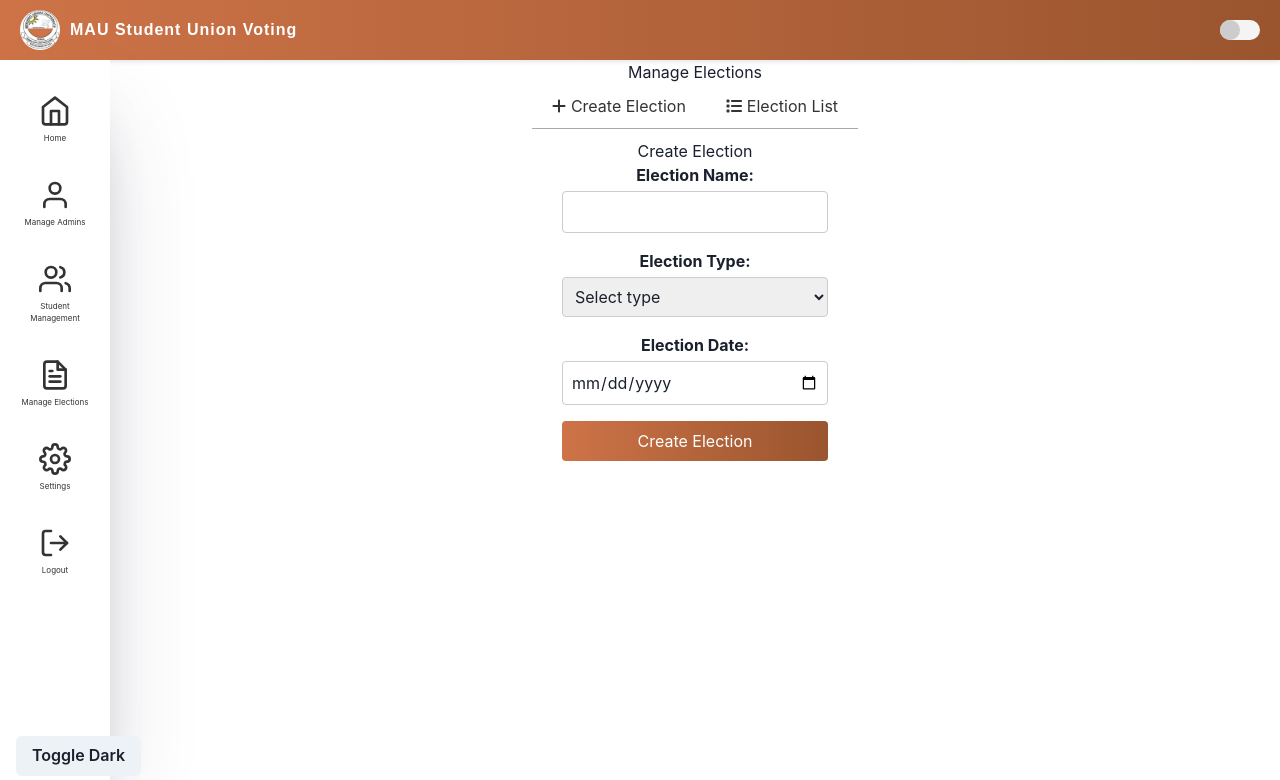
Repository: joena1o/e-vote
Page: /admin-dashboard/manage-elections
An editor plug-in stored every save of this project. The page is shown before and after the next save, followed by the edit.
The browser window is 1280 px wide. The pictures show the whole page.
The project was rebuilt for these pictures with package versions that can differ from the ones it lists, and the page was loaded fresh each time. Also part of the build but not shown: src/components/EnhancedLogin.js, src/components/maincontent/RegisterStudents/ManageStudents.js, src/components/maincontent/RegisterStudents/RegisterStudents.js, src/components/maincontent/RegisterStudents/StudentManagement.js, src/components/maincontent/ElectionResults/ViewResults.js, src/components/maincontent/Settings/Settings.js, src/api/index.js, src/components/maincontent/home/Home.styles.js and 5 more.

Above is the page before, as saved 2023-10-18 12:08:56.

### src/App.js
import React from 'react';
import { BrowserRouter as Router, Routes, Route, Navigate } from 'react-router-dom';
import EnhancedLogin from './components/EnhancedLogin';
import AdminDashboard from './components/AdminDashboard';
import { ChakraProvider, ColorModeProvider, Button, useColorMode } from '@chakra-ui/react';
import { Provider } from 'react-redux';
import store from './Redux/store';

// Component to toggle dark mode
function DarkModeToggle() {
  const { colorMode, toggleColorMode } = useColorMode();
  return (
    <Button onClick={toggleColorMode} position="fixed" m={4} zIndex={10}>
      Toggle {colorMode === 'light' ? 'Dark' : 'Light'}
    </Button>
  );
}

function App() {
  // Check if the current route is not the "/login" route, then render the DarkModeToggle
  const isLoginPage = window.location.pathname === '/login';

  return (
    <Provider store={store}>
      <ChakraProvider>
        <ColorModeProvider options={{ useSystemColorMode: true }}>
          <Router>
            <Routes>
              {/* Define your routes */}
              <Route path="/login" element={<EnhancedLogin />} />
              <Route path="/admin-dashboard/*" element={<AdminDashboard />} />
              {/* Redirect root to /admin-dashboard */}
              <Route path="/" element={<Navigate to="/admin-dashboard" replace />} />
            </Routes>
          </Router>
          {/* Render DarkModeToggle only if not on the "/login" page */}
          {!isLoginPage && <DarkModeToggle />}
        </ColorModeProvider>
      </ChakraProvider>
    </Provider>
  );
}

export default App;

### src/components/AdminDashboard.js
// AdminDashboard.js
import React from 'react';
import { Routes, Route } from 'react-router-dom';
import StudentManagement from './maincontent/RegisterStudents/StudentManagement';
import ViewResults from './maincontent/ElectionResults/ViewResults';
import Settings from './maincontent/Settings/Settings';
import Home from './maincontent/home/Home';
import ManageAdmin from './maincontent/ManageAdmins/ManageAdmins';
import ManageElections from './maincontent/ManageElections/ManageElections';
import Sidebar from './Sidebar';
import Navbar from './Navbar';
import styled from 'styled-components';

const Container = styled.div`
  display: flex;
  flex-direction: column;
  /* Add the following line to ensure Container fills the screen height */
  height: 100vh;
  width: 100%; /* Use 100% to fill the entire width of the screen */
`;


const Content = styled.div`
  display: flex;
  /* Add the following line to ensure Content fills the remaining screen space */
  flex: 1;
`;

const AdminDashboard = () => {
  return (
    <Container>
      <Navbar />
      <Content>
        <Sidebar />
        <Routes>
          <Route index element={<Home />} />
          <Route path="student-management" element={<StudentManagement />} />
          <Route path="view-results" element={<ViewResults />} />
          <Route path="settings" element={<Settings />} />
          <Route path="manage-admin" element={<ManageAdmin />} />
          <Route path="manage-elections" element={<ManageElections />} />
        </Routes>
      </Content>
    </Container>
  );
};

export default AdminDashboard;

### src/Redux/store.js
import { configureStore } from '@reduxjs/toolkit';
import electionReducer from './electionSlice';
import studentsReducer from './studentsSlice'; // Assuming you have a studentsSlice

const store = configureStore({
  reducer: {
    elections: electionReducer,
    students: studentsReducer, // Add the students reducer here
  },
});

export default store;

### src/components/maincontent/ManageElections/ManageElections.js
import React, { useState } from 'react';
import { Tab, TabList, TabPanel, Tabs } from 'react-tabs';
import 'react-tabs/style/react-tabs.css'; // Import styles for react-tabs
import styled from 'styled-components';
import CreateElections from './CreateElection';
import ElectionList from './ElectionList';
import { FontAwesomeIcon } from '@fortawesome/react-fontawesome';
import { faPlus, faList } from '@fortawesome/free-solid-svg-icons'; // Import Font Awesome icons

const FullHeightContainer = styled.div`
  height: 100%;
  display: flex;
  flex-direction: column;
  justify-content: flex-start;
  align-items: center;
  width: 100%;
`;

const TabsContainer = styled.div`
  text-align: center;
  width: 100%;
  max-width: 1200px;
  flex: 1;
  display: flex;
  flex-direction: column;
  align-items: center;
`;

const StyledTab = styled(Tab)`
  padding: 10px 20px;
  color: #333;
  cursor: pointer;
  margin: 0;
  display: flex;
  align-items: center;
  justify-content: center;
  transition: background-color 0.2s ease-in-out;

  &:hover {
    background-color: #e0e0e0;
  }

  &.react-tabs__tab--selected {
    background-color: #fff;
    border: none; /* Remove the border */
    border-radius: 5px 5px 0 0;
  }
`;

const IconWrapper = styled.div`
  margin-right: 5px;
`;

const ManageElections = () => {
  const [activeTab, setActiveTab] = useState(0);

  const handleTabChange = (index) => {
    setActiveTab(index);
  };

  return (
    <FullHeightContainer>
      <h1>Manage Elections</h1>
      <TabsContainer>
        <Tabs selectedIndex={activeTab} onSelect={handleTabChange}>
          <TabList style={{ display: 'flex', justifyContent: 'center' }}>
            <StyledTab>
              <IconWrapper>
                <FontAwesomeIcon icon={faPlus} />
              </IconWrapper>
              Create Election
            </StyledTab>
            <StyledTab>
              <IconWrapper>
                <FontAwesomeIcon icon={faList} />
              </IconWrapper>
              Election List
            </StyledTab>
          </TabList>
        </Tabs>
        <Tabs selectedIndex={activeTab} onSelect={handleTabChange}>
          <TabPanel>
            <CreateElections />
          </TabPanel>
          <TabPanel>
            <ElectionList />
          </TabPanel>
        </Tabs>
      </TabsContainer>
    </FullHeightContainer>
  );
};

export default ManageElections;

### src/components/Sidebar.js
import React from 'react';
import styled from 'styled-components';
import { Link } from 'react-router-dom';
import { FiHome, FiUser, FiUsers, FiFileText, FiSettings, FiLogOut } from 'react-icons/fi';
import { useColorMode } from '@chakra-ui/react';

const SidebarContainer = styled.nav`
  background: ${props => (props.theme === 'dark' ? '#333' : 'white')};
  padding: 15px;
  height: 100vh;
  color: ${props => (props.theme === 'dark' ? '#fff' : '#333')};
  box-shadow: rgba(50, 50, 93, 0.25) 0px 50px 100px -20px, rgba(0, 0, 0, 0.3) 0px 30px 60px -30px;
  display: flex;
  flex-direction: column;
`;

const LinkList = styled.ul`
  list-style-type: none;
  padding: 0;
  flex: 1;
`;

const StyledLink = styled(Link)`
  text-decoration: none;
  color: ${props => (props.theme === 'dark' ? '#fff' : '#333')};
  display: flex;
  flex-direction: column;
  align-items: center;
  transition: color 0.3s ease;
  margin-bottom: 15px;
  cursor: pointer;
  font-size: 0.5rem;

  @media (max-width: 768px) {
    font-size: 0.4rem;
  }

  @media (max-width: 480px) {
    font-size: 0.3rem;
  }

  &:hover {
    color: #ce7348;
  }

  width: 80px;
  text-align: center;
  word-wrap: break-word;
  overflow-wrap: break-word;
`;

const LinkItem = styled.li`
  display: flex;
  align-items: center;
  margin-top: 20px;
`;

const Icon = styled.div`
  font-size: 2rem;

  @media (max-width: 768px) {
    font-size: 0.9rem;
  }

  @media (max-width: 480px) {
    font-size: 0.8rem;
  }

  margin-bottom: 5px;
`;

function Sidebar() {
  const { colorMode } = useColorMode();

  return (
    <SidebarContainer theme={colorMode}>
      <LinkList>
        <LinkItem>
          <StyledLink to="/admin-dashboard" theme={colorMode}>
            <Icon><FiHome /></Icon>
            Home
          </StyledLink>
        </LinkItem>
        <LinkItem>
          <StyledLink to="/admin-dashboard/manage-admin" theme={colorMode}>
            <Icon><FiUser /></Icon>
            Manage Admins
          </StyledLink>
        </LinkItem>
        <LinkItem>
          <StyledLink to="/admin-dashboard/student-management" theme={colorMode}>
            <Icon><FiUsers /></Icon>
            Student Management
          </StyledLink>
        </LinkItem>
        <LinkItem>
          <StyledLink to="/admin-dashboard/manage-elections" theme={colorMode}>
            <Icon><FiFileText /></Icon>
            Manage Elections
          </StyledLink>
        </LinkItem>
        <LinkItem>
          <StyledLink to="/admin-dashboard/settings" theme={colorMode}>
            <Icon><FiSettings /></Icon>
            Settings
          </StyledLink>
        </LinkItem>
        <LinkItem>
          <StyledLink to="/logout" theme={colorMode}>
            <Icon><FiLogOut /></Icon>
            Logout
          </StyledLink>
        </LinkItem>
      </LinkList>
    </SidebarContainer>
  );
}

export default Sidebar;

### src/components/Navbar.js
import React from 'react';
import styled, { createGlobalStyle } from 'styled-components';
import logo from '../assets/school_logo.jpg';
import { useColorMode } from '@chakra-ui/react';

const GlobalStyle = createGlobalStyle`
  body {
    background-color: ${props => (props.theme === 'dark' ? '#333' : '#fff')};
    color: ${props => (props.theme === 'dark' ? '#fff' : '#000')};
  }
`;

const Header = styled.header`
  background: linear-gradient(to right, #ce7348, #9a552e);
  color: white;
  padding: 10px 20px;
  display: flex;
  align-items: center;
  justify-content: flex-start;
  box-shadow: 0px 2px 4px rgba(0, 0, 0, 0.1);
  font-family: 'Poppins', sans-serif;
`;

const Logo = styled.img`
  width: 40px;
  height: 40px;
  border-radius: 20px;
  margin-right: 10px;
`;

const Title = styled.h1`
  margin: 0;
  padding: 0;
  font-size: 1rem;
  font-weight: 600;
  letter-spacing: 1px;
`;

const ToggleSlider = styled.label`
  display: flex;
  align-items: center;
  cursor: pointer;
  margin-left: auto;
`;

const SliderInput = styled.input.attrs({ type: 'checkbox' })`
  display: none;
`;

const Slider = styled.div`
  width: 40px;
  height: 20px;
  background-color: ${props => (props.theme === 'dark' ? '#333' : '#f4f4f4')};
  border-radius: 20px;
  position: relative;
  transition: background-color 0.3s ease;
  cursor: pointer;

  &::after {
    content: '';
    width: 20px;
    height: 20px;
    border-radius: 50%;
    background-color: ${props => (props.theme === 'dark' ? '#fff' : '#ccc')};
    position: absolute;
    top: 50%;
    transform: translateY(-50%);
    left: ${props => (props.theme === 'dark' ? '20px' : '0')};
    transition: left 0.3s ease;
  }
`;

function Navbar() {
  const { colorMode, toggleColorMode } = useColorMode(); // Use Chakra UI's useColorMode hook

  return (
    <>
      <GlobalStyle theme={colorMode} />
      <Header>
        <Logo src={logo} alt="University Logo" />
        <Title>MAU Student Union Voting</Title>
        <ToggleSlider>
          <SliderInput type="checkbox" onChange={toggleColorMode} />
          <Slider theme={colorMode} />
        </ToggleSlider>
      </Header>
    </>
  );
}

export default Navbar;

### src/Redux/electionSlice.js
/*import { createSlice, createAsyncThunk } from '@reduxjs/toolkit';
import { API, graphqlOperation } from 'aws-amplify';
import { createElection as createElectionAPI } from '../graphql/mutations';

export const createElection = createAsyncThunk(
  'elections/createElection',
  async (election, { rejectWithValue }) => {
    try {
      const result = await API.graphql(graphqlOperation(createElectionAPI, { input: election }));
      return result.data.createElection;
    } catch (error) {
      return rejectWithValue(error);
    }
  }
);

const electionSlice = createSlice({
  name: 'elections',
  initialState: [],
  reducers: {},
  extraReducers: (builder) => {
    builder.addCase(createElection.fulfilled, (state, action) => {
      state.push(action.payload);
    });
  },
});

export default electionSlice.reducer;
*/

### src/Redux/studentsSlice.js
import { createSlice } from '@reduxjs/toolkit';

export const studentsSlice = createSlice({
  name: 'students',
  initialState: [],
  reducers: {
    addStudents: (state, action) => {
      // Add students to the Redux store
      action.payload.forEach(student => {
        state.push(student);
      });
    },
  },
});

export const { addStudents } = studentsSlice.actions;

export default studentsSlice.reducer;

### src/components/maincontent/ManageElections/CreateElection.js
import React from 'react';
import { useFormik } from 'formik';
import * as Yup from 'yup';
import { useDispatch } from 'react-redux';
import { createElection } from '../../../Redux/electionSlice';
import { toast } from 'react-toastify';
import 'react-toastify/dist/ReactToastify.css';
import styled from 'styled-components';

const FormContainer = styled.div`
  width: 100%;
  max-width: 400px;
  margin: 0 auto;
`;

const Form = styled.form`
  display: flex;
  flex-direction: column;
  gap: 1rem;
`;

const FormField = styled.div`
  display: flex;
  flex-direction: column;
`;

const FormLabel = styled.label`
  font-weight: bold;
  margin-bottom: 0.25rem;
`;

const FormInput = styled.input`
  padding: 0.5rem;
  border: 1px solid #ccc;
  border-radius: 4px;
  font-size: 1rem;
`;

const FormSelect = styled.select`
  padding: 0.5rem;
  border: 1px solid #ccc;
  border-radius: 4px;
  font-size: 1rem;
`;

const FormError = styled.div`
  color: red;
  font-size: 0.875rem;
  margin-top: 0.25rem;
`;

const CreateButton = styled.button`
  padding: 0.5rem;
  background: linear-gradient(to right, #ce7348, #9a552e);
  border: none;
  border-radius: 4px;
  font-size: 1rem;
  color: white;
  cursor: pointer;
  transition: background 0.2s ease-in-out;

  &:hover {
    background: linear-gradient(to right, #9a552e, #ce7348);
  }
`;

const validationSchema = Yup.object({
  name: Yup.string().required('Election name is required'),
  type: Yup.string().oneOf(['general', 'faculty', 'department'], 'Invalid election type').required('Election type is required'),
  date: Yup.date().required('Election date is required').nullable(),
  faculty: Yup.string().when('type', {
    is: 'faculty',
    then: Yup.string().required('Faculty name is required for faculty elections'),
  }),
  department: Yup.string().when('type', {
    is: 'department',
    then: Yup.string().required('Department name is required for department elections'),
  }),
});

const CreateElection = () => {
  const dispatch = useDispatch();
  const formik = useFormik({
    initialValues: {
      name: '',
      type: '',
      date: null,
      faculty: '',
      department: '',
    },
    validationSchema,
    onSubmit: (values, { resetForm }) => {
      dispatch(createElection(values));
      toast.success('Election created successfully!');
      resetForm();
    },
  });

  return (
    <FormContainer>
      <h2>Create Election</h2>
      <Form onSubmit={formik.handleSubmit}>
        <FormField>
          <FormLabel htmlFor="name">Election Name:</FormLabel>
          <FormInput
            id="name"
            name="name"
            type="text"
            onChange={formik.handleChange}
            value={formik.values.name}
          />
          {formik.errors.name && <FormError>{formik.errors.name}</FormError>}
        </FormField>

        <FormField>
          <FormLabel htmlFor="type">Election Type:</FormLabel>
          <FormSelect
            id="type"
            name="type"
            onChange={formik.handleChange}
            value={formik.values.type}
          >
            <option value="" label="Select type" />
            <option value="general" label="General" />
            <option value="faculty" label="Faculty" />
            <option value="department" label="Department" />
          </FormSelect>
          {formik.errors.type && <FormError>{formik.errors.type}</FormError>}
        </FormField>

        <FormField>
          <FormLabel htmlFor="date">Election Date:</FormLabel>
          <FormInput
            id="date"
            name="date"
            type="date"
            onChange={formik.handleChange}
            value={formik.values.date || ''}
          />
          {formik.errors.date && <FormError>{formik.errors.date}</FormError>}
        </FormField>

        {formik.values.type === 'faculty' && (
          <FormField>
            <FormLabel htmlFor="faculty">Faculty Name:</FormLabel>
            <FormInput
              id="faculty"
              name="faculty"
              type="text"
              onChange={formik.handleChange}
              value={formik.values.faculty}
            />
            {formik.errors.faculty && <FormError>{formik.errors.faculty}</FormError>}
          </FormField>
        )}

        {formik.values.type === 'department' && (
          <FormField>
            <FormLabel htmlFor="department">Department Name:</FormLabel>
            <FormInput
              id="department"
              name="department"
              type="text"
              onChange={formik.handleChange}
              value={formik.values.department}
            />
            {formik.errors.department && <FormError>{formik.errors.department}</FormError>}
          </FormField>
        )}

        <CreateButton type="submit">Create Election</CreateButton>
      </Form>
    </FormContainer>
  );
};

export default CreateElection;

Loaded but not shown: public/index.html (common file); src/index.js (common file); src/index.css (common file); src/reportWebVitals.js (common file)

After the next save:
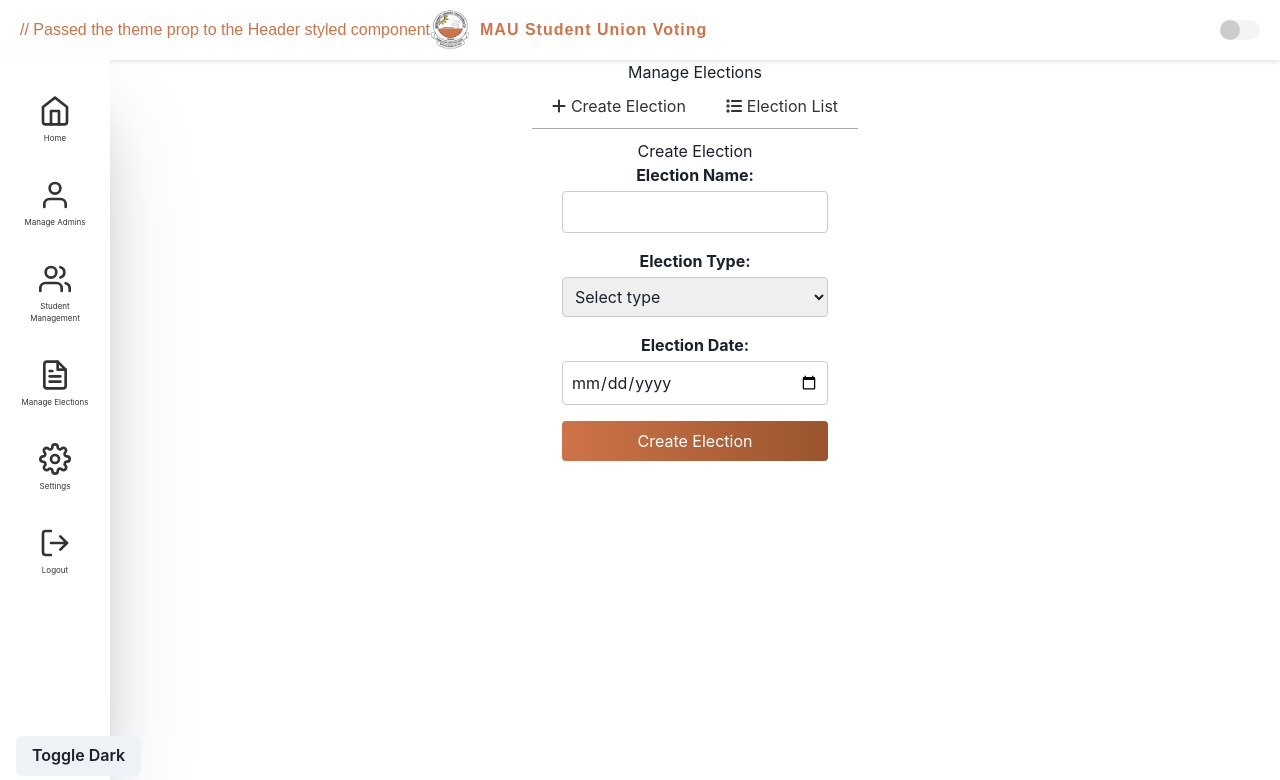
Saved 29 h 16 min later.
--- a/src/components/Navbar.js
+++ b/src/components/Navbar.js
@@ -6,13 +6,13 @@ import { useColorMode } from '@chakra-ui/react';
 const GlobalStyle = createGlobalStyle`
   body {
     background-color: ${props => (props.theme === 'dark' ? '#333' : '#fff')};
-    color: ${props => (props.theme === 'dark' ? '#fff' : '#000')};
+    color: ${props => (props.theme === 'dark' ? '#fff' : '#ce7348')}; // Modified text color to #ce7348 for light mode
   }
 `;
 
 const Header = styled.header`
-  background: linear-gradient(to right, #ce7348, #9a552e);
-  color: white;
+  background: ${props => (props.theme === 'dark' ? 'linear-gradient(to right, #ce7348, #9a552e)' : '#fff')}; // Modified background color to white for light mode
+  color: ${props => (props.theme === 'dark' ? '#fff' : '#ce7348')}; // Modified text color to #ce7348 for light mode
   padding: 10px 20px;
   display: flex;
   align-items: center;
@@ -76,7 +76,7 @@ function Navbar() {
   return (
     <>
       <GlobalStyle theme={colorMode} />
-      <Header>
+      <Header theme={colorMode}> // Passed the theme prop to the Header styled component
         <Logo src={logo} alt="University Logo" />
         <Title>MAU Student Union Voting</Title>
         <ToggleSlider>
